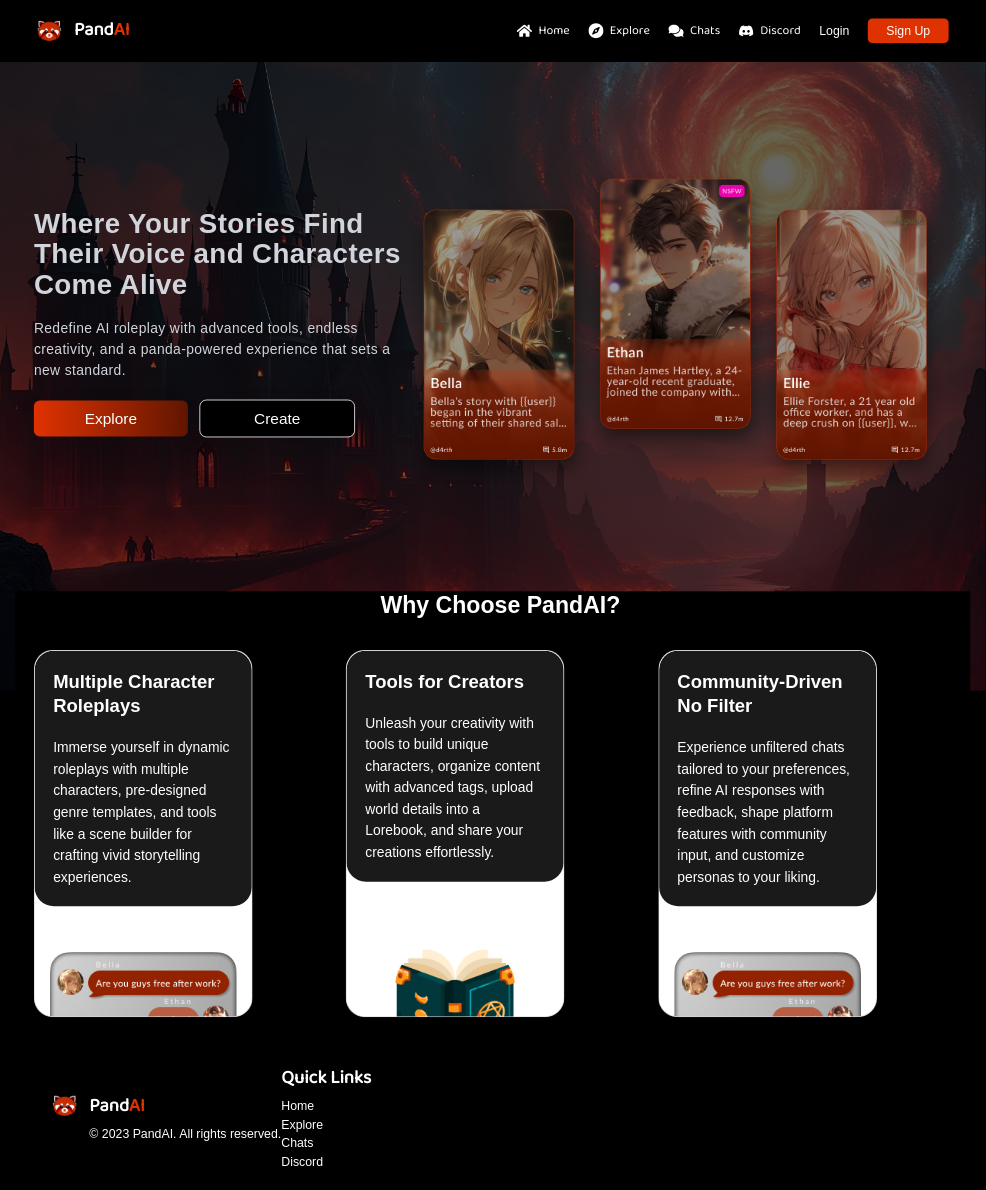
Repository: PandamoniumAI/Pandamonium
Page: /preview
These files come from the project's save history. The page is drawn as it stood at one moment and after the next save; the edit follows.
The browser window is 1280 px wide. The pictures show the whole page, at 77% of full size.
Some web libraries are served in a nearby version. The project was rebuilt for these pictures with package versions that can differ from the ones it lists, and the page was loaded fresh each time. Also part of the build but not shown: vite.config.js, src/Utils/Utils.js, src/Components/SearchBar/SearchBar.jsx, src/Components/CSS/CharacterCard.css, src/Components/CharacterCard/CharacterCard.jsx, src/Components/CSS/CharacterCardModal.css, src/Components/CharacterCardModal/CharacterCardModal.jsx, src/Components/CSS/Tags.css and 15 more.

Above is the page before, as saved 2025-01-01 21:26:48.

After the next save:
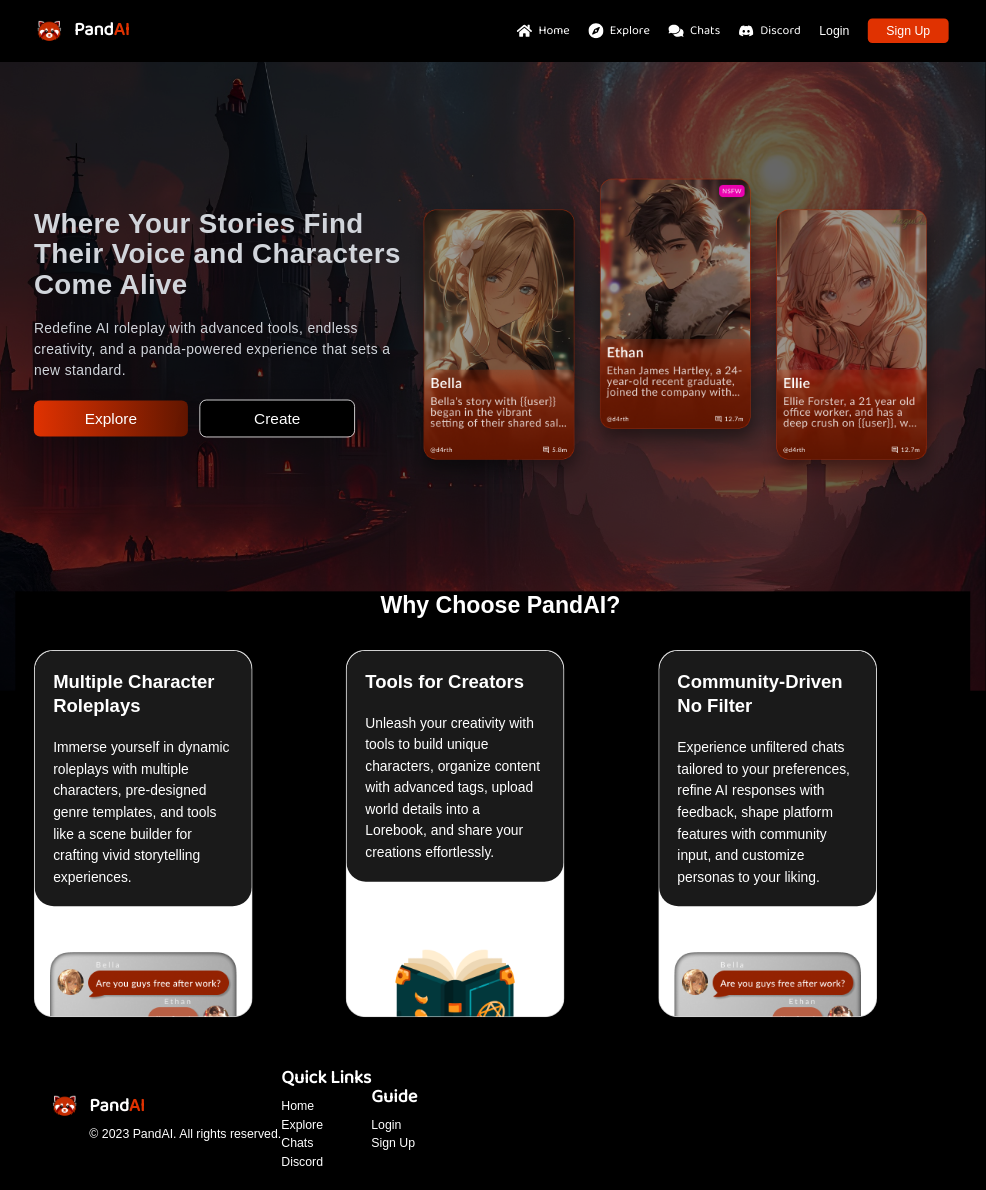
Saved 4 s later.
--- a/src/Preview/Preview.jsx
+++ b/src/Preview/Preview.jsx
@@ -191,7 +191,17 @@
             </div>
 
             <div className="guide">
-
+              <h1 className="text-2xl font-bold font-baloo text-white">
+                Guide
+              </h1>
+              <ul className="list-none pl-0 mt-2">
+                <li className="text-white hover:text-[#E03201] transition">
+                  <a href="#">Login</a>
+                </li>
+                <li className="text-white hover:text-[#E03201] transition">
+                  <a href="#">Sign Up</a>
+                </li>
+              </ul>
             </div>
           </div>
         </div>
